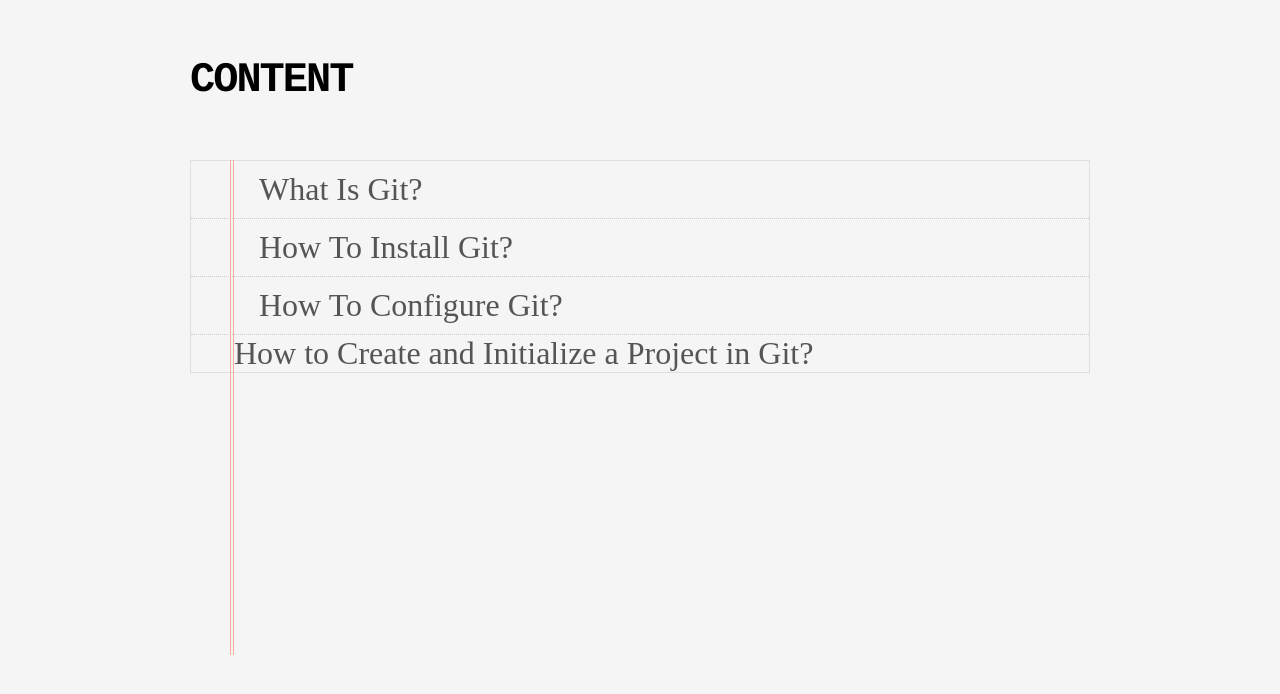
Repository: dev-singh-kanyal/Archive-git_github
Page: index.html
An editor plug-in stored every save of this project. The page is shown before and after a run of saves, followed by the edit.
The browser window is 1280 px wide. The pictures show the whole page.
Some web fonts or font styles are not loaded; a fallback is used.

Above is the page before, as saved 2022-06-24 16:57:56.

### index.html
<!DOCTYPE HTML>
<html>

<head>
   <meta charset="UTF-8">
   <title>Dev's Notebook</title>
   <link rel="stylesheet" href="style.css">
   <link href="https://fonts.googleapis.com/css2?family=Reenie+Beanie&display=swap" rel="stylesheet">
</head>

<body>

    <h4>CONTENT</h4>

    <div class="lines"></div>

    <ul class="list">
      <a href="/src/what is git.html" target="_blank"><li>What is Git?</li></a>
      <a href="/src/How to install Git.html" target="_blank"><li>How to install Git?</li></a>
      <a href="/src/How to configure Git.html" target="_blank"><li>How to configure Git?</li></a>
      <a href="/src/How to Create and Initialize a Project in Git.html" target="_blank">How to Create and Initialize a Project in Git?</a></li>
      <!-- <li><a href="/src/what is git.html" target="_blank">What is Git?</a></li> -->

    </ul>

</body>
</html>

### style.css
body {
    background-color: #f5f5f5;
    width: 900px;
    margin: 0 auto;
    padding: 0;
  }
  h4 {
    color: #000000;
    font-size: 42px;
    letter-spacing: -2px;
    font-family: courier, monospace;
    text-align: left;
  }
  a {
    text-decoration: none;
    color: inherit;
  }
  .list {
    color: #555;
    /* font-size: 22px; */
    padding: 0 !important;
    width: auto;
    font-family: 'Reenie Beanie';
    font-size: 2rem;
    border: 1px solid #dedede;
  }
  .list li {
    list-style: none;
    border-bottom: 1px dotted #ccc;
    text-indent: 25px;
    height: auto;
    padding: 10px;
    text-transform: capitalize;
  }
  .list li:hover {
    background-color: #f0f0f0;
    -webkit-transition: all 0.2s;
    -moz-transition:    all 0.2s;
    -ms-transition:     all 0.2s;
    -o-transition:      all 0.2s;
  }
  .lines {
    border-left: 1px solid #ffaa9f;
    border-right: 1px solid #ffaa9f;
    width: 2px;
    float: left;
    height: 495px;
    margin-left: 40px;
  }

After the next 2 saves:
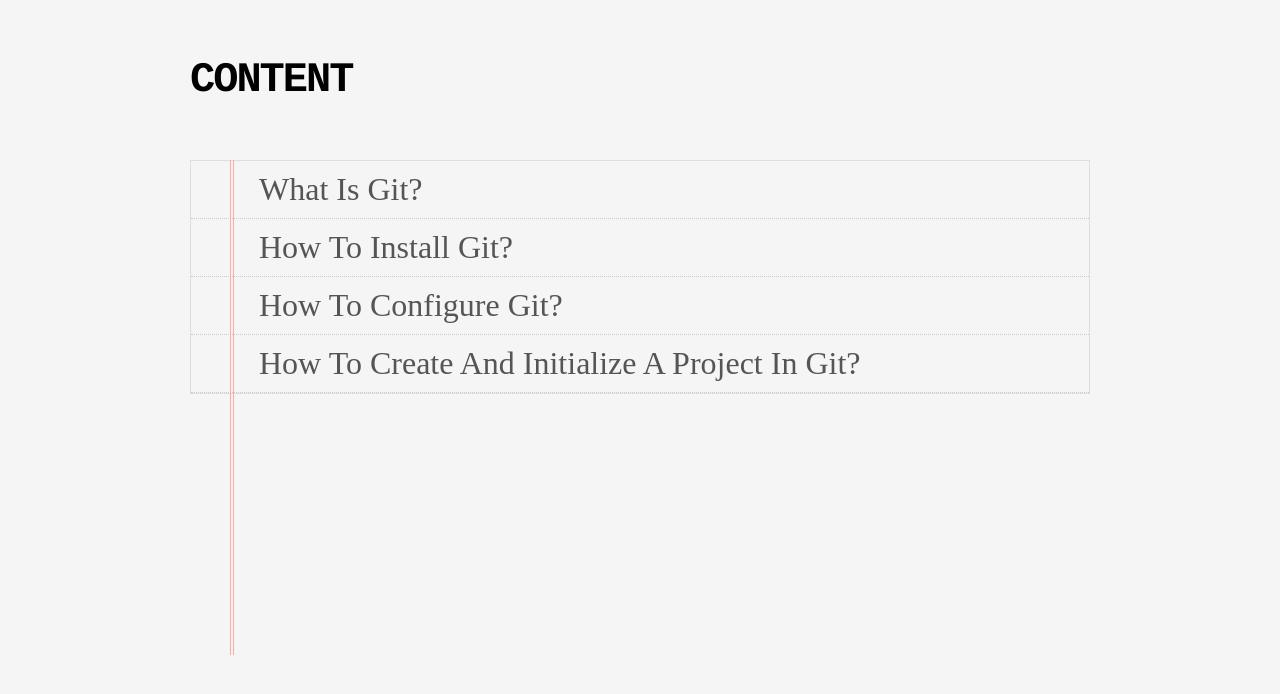
The 2 saves are shown as one change because they came seconds apart.
The last was saved 7 s later.
--- a/index.html
+++ b/index.html
@@ -18,7 +18,7 @@
       <a href="/src/what is git.html" target="_blank"><li>What is Git?</li></a>
       <a href="/src/How to install Git.html" target="_blank"><li>How to install Git?</li></a>
       <a href="/src/How to configure Git.html" target="_blank"><li>How to configure Git?</li></a>
-      <a href="/src/How to Create and Initialize a Project in Git.html" target="_blank">How to Create and Initialize a Project in Git?</a></li>
+      <a href="/src/How to Create and Initialize a Project in Git.html" target="_blank"><li>How to Create and Initialize a Project in Git?</a></li>
       <!-- <li><a href="/src/what is git.html" target="_blank">What is Git?</a></li> -->
 
     </ul>
